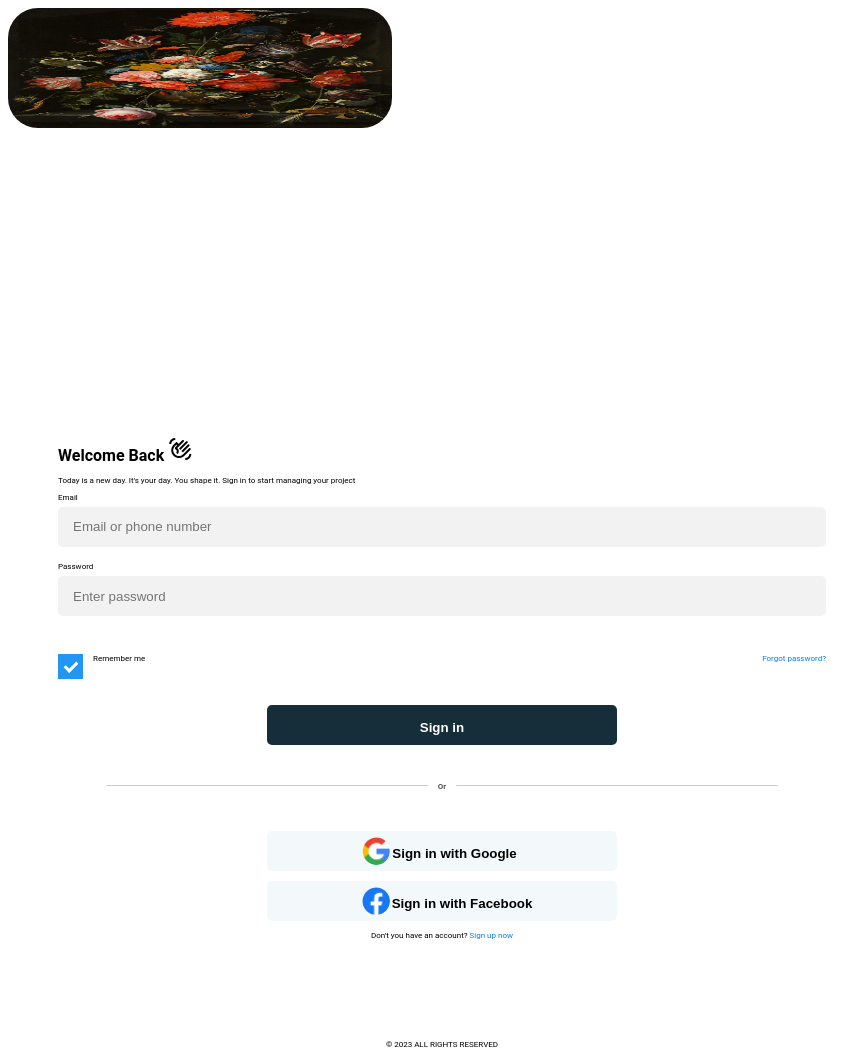
Repository: dinhtanloc/hw_web_development
Page: hw2-login-page/login.html
These files come from the project's save history. The page is drawn as it stood at one moment and after the next save; the edit follows.
The browser window is 768 px wide. The page is 849 px wide, so the pictures cover 849 px, including what lies to the right of the window. The pictures show the whole page.

Above is the page before, as saved 2024-03-13 23:59:27.

After the next save:
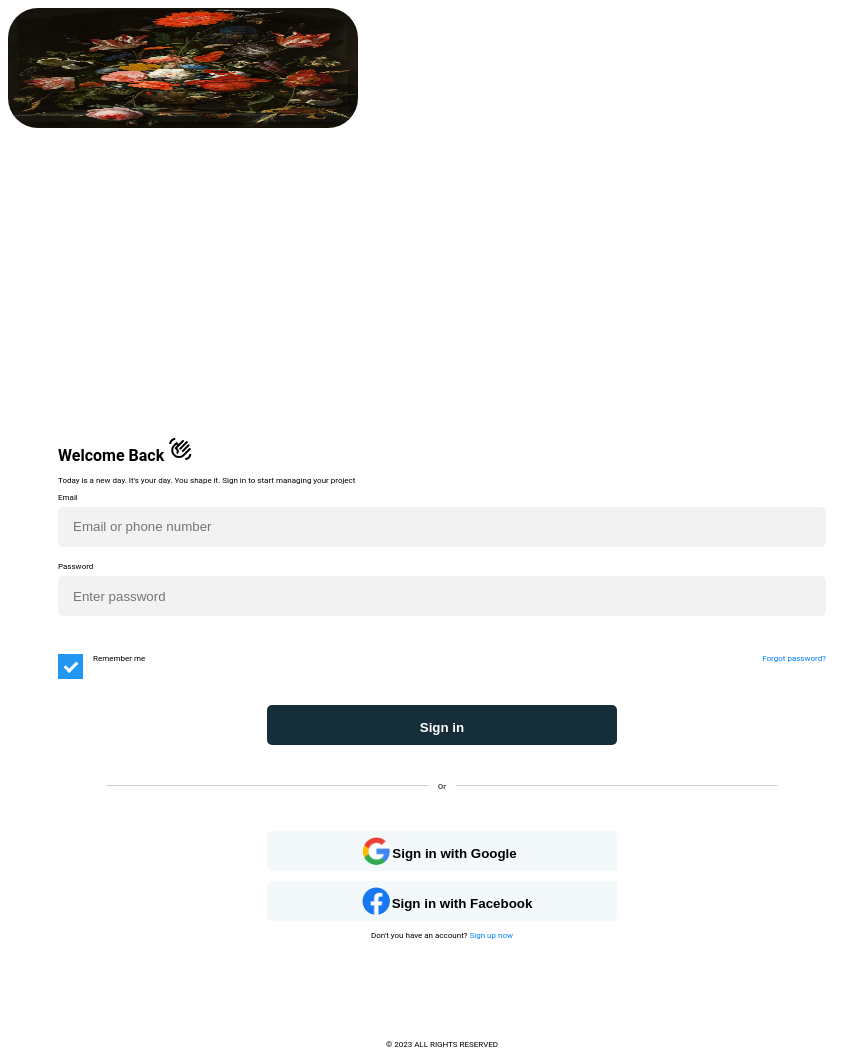
Saved 22 s later.
--- a/hw2-login-page/style.css
+++ b/hw2-login-page/style.css
@@ -268,7 +268,7 @@
 
       }
       img{
-        width: 50%;
+        width: 350px;
         height: 50%;
       }
 
